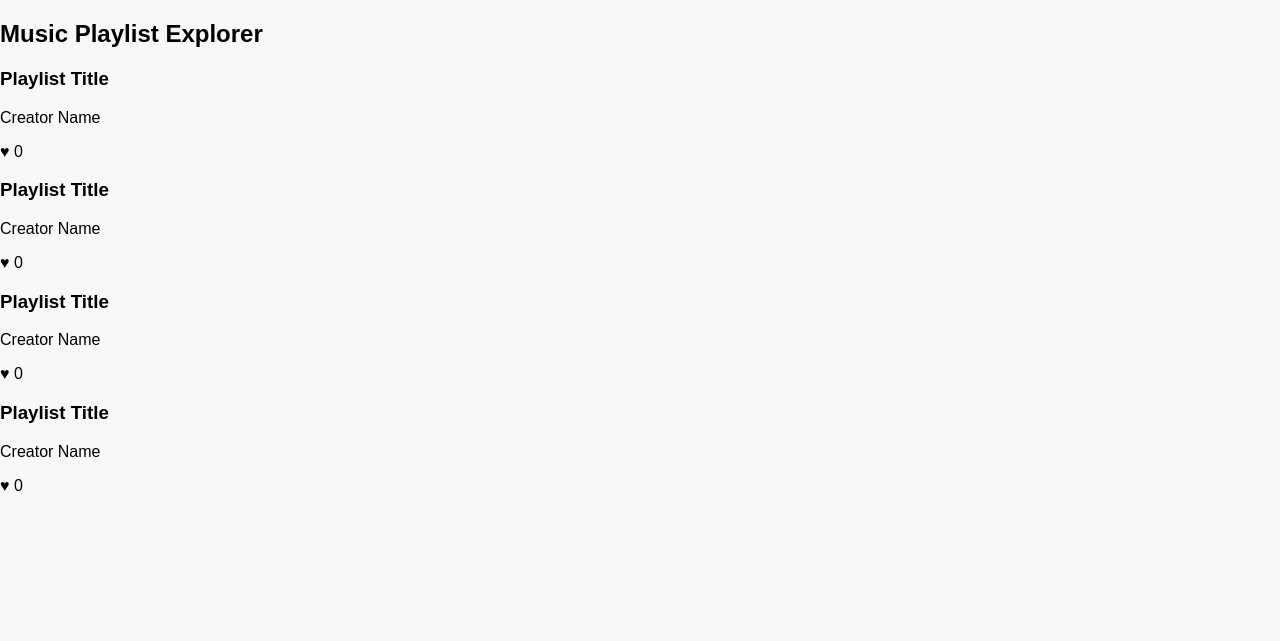
Repository: valentinaarojas/music-player-explorer
Page: index.html
An editor plug-in stored every save of this project. The page is shown before and after a run of saves, followed by the edit.
The browser window is 1280 px wide. The pictures show the whole page.

Above is the page before, as saved 2025-02-18 18:12:29.
Console error: SyntaxError: Unexpected token '{'

After the next 5 saves:
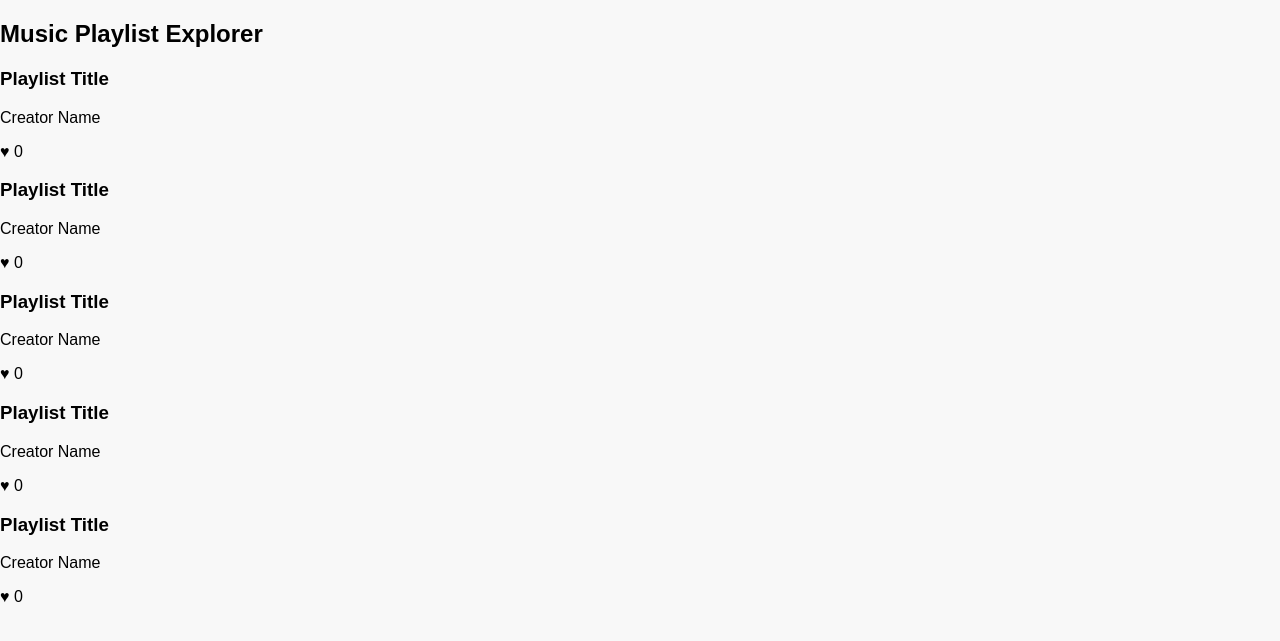
The 5 saves are shown as one change because they came seconds apart.
The last was saved 14 s later.
--- a/index.html
+++ b/index.html
@@ -48,7 +48,7 @@
                     </div>
                 </div>
             </div>
-            <!-- card 1 -->
+            <!-- card 3 -->
             <div class="playlist-card">
                 <div class="playlist-cover">
                     <!-- IMG -->
@@ -62,7 +62,7 @@
                     </div>
                 </div>
             </div>
-            <!-- card 1 -->
+            <!-- card 4 -->
             <div class="playlist-card">
                 <div class="playlist-cover">
                     <!-- IMG -->
@@ -76,7 +76,20 @@
                     </div>
                 </div>
             </div>
-
+            <!-- card 5 -->
+            <div class="playlist-card">
+                <div class="playlist-cover">
+                    <!-- IMG -->
+                </div>
+                <div class="playlist-info">
+                    <h3 class="playlist-title">Playlist Title</h3>
+                    <p class="creator-info">Creator Name</p>
+                    <div class="like-count">
+                        <span>♥</span>
+                        <span>0</span>
+                    </div>
+                </div>
+            </div>
         </div>
     </main>
 
